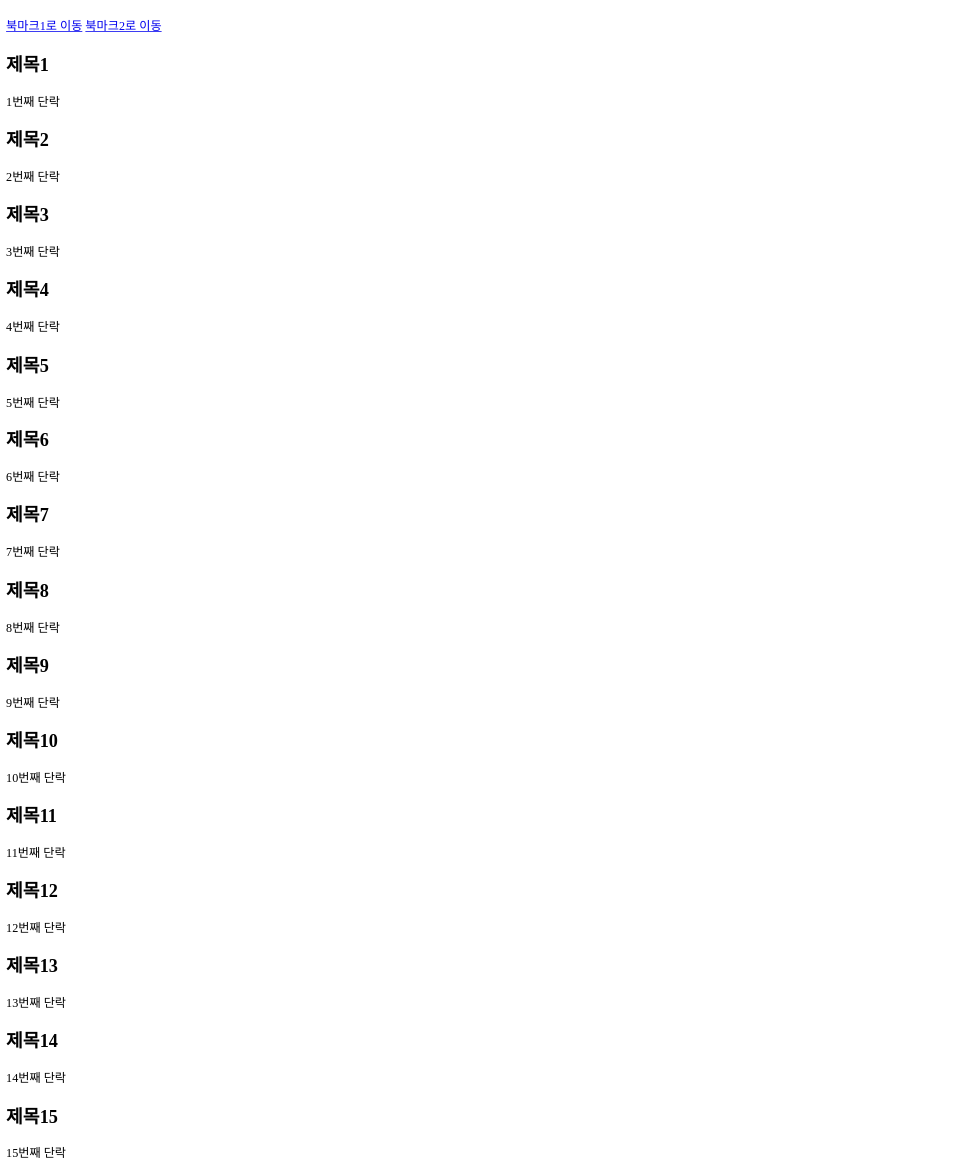
Repository: SilverSharkDeveloper/HTML-CSS-Study
Page: html/workspace/day03/WebContent/anchor.html
An editor plug-in stored every save of this project. The page is shown before and after the next save, followed by the edit.
The browser window is 1280 px wide. The pictures show the whole page, at 76% of full size.

Above is the page before, as saved 2023-03-09 11:47:28.

### html/workspace/day03/WebContent/anchor.html
<!DOCTYPE html>
<html>
<head>
<meta charset="UTF-8">
<title>태그 책갈피</title>
</head>
<body>
	<h1 id ="top"></h1>
	 <a href = "#book1">북마크1로 이동</a>
	 <a href = "#book2">북마크2로 이동</a>
	 <h2>제목1</h2>
   <p>1번째 단락</p>
   <h2>제목2</h2>
   <p>2번째 단락</p>
   <h2>제목3</h2>
   <p>3번째 단락</p>
   <h2>제목4</h2>
   <p>4번째 단락</p>
   <h2>제목5</h2>
   <p><a id='book1'>5번째 단락</a></p>
   <h2>제목6</h2>
   <p>6번째 단락</p>
   <h2>제목7</h2>
   <p>7번째 단락</p>
   <h2>제목8</h2>
   <p>8번째 단락</p>
   <h2>제목9</h2>
   <p>9번째 단락</p>
   <h2>제목10</h2>
   <p>10번째 단락</p>
   <h2>제목11</h2>
   <p>11번째 단락</p>
   <h2>제목12</h2>
   <p id="book2">12번째 단락</p>
   <h2>제목13</h2>
   <p>13번째 단락</p>
   <h2>제목14</h2>
   <p>14번째 단락</p>
   <h2>제목15</h2>
   <p>15번째 단락</p>

</body>
</html>

After the next save:
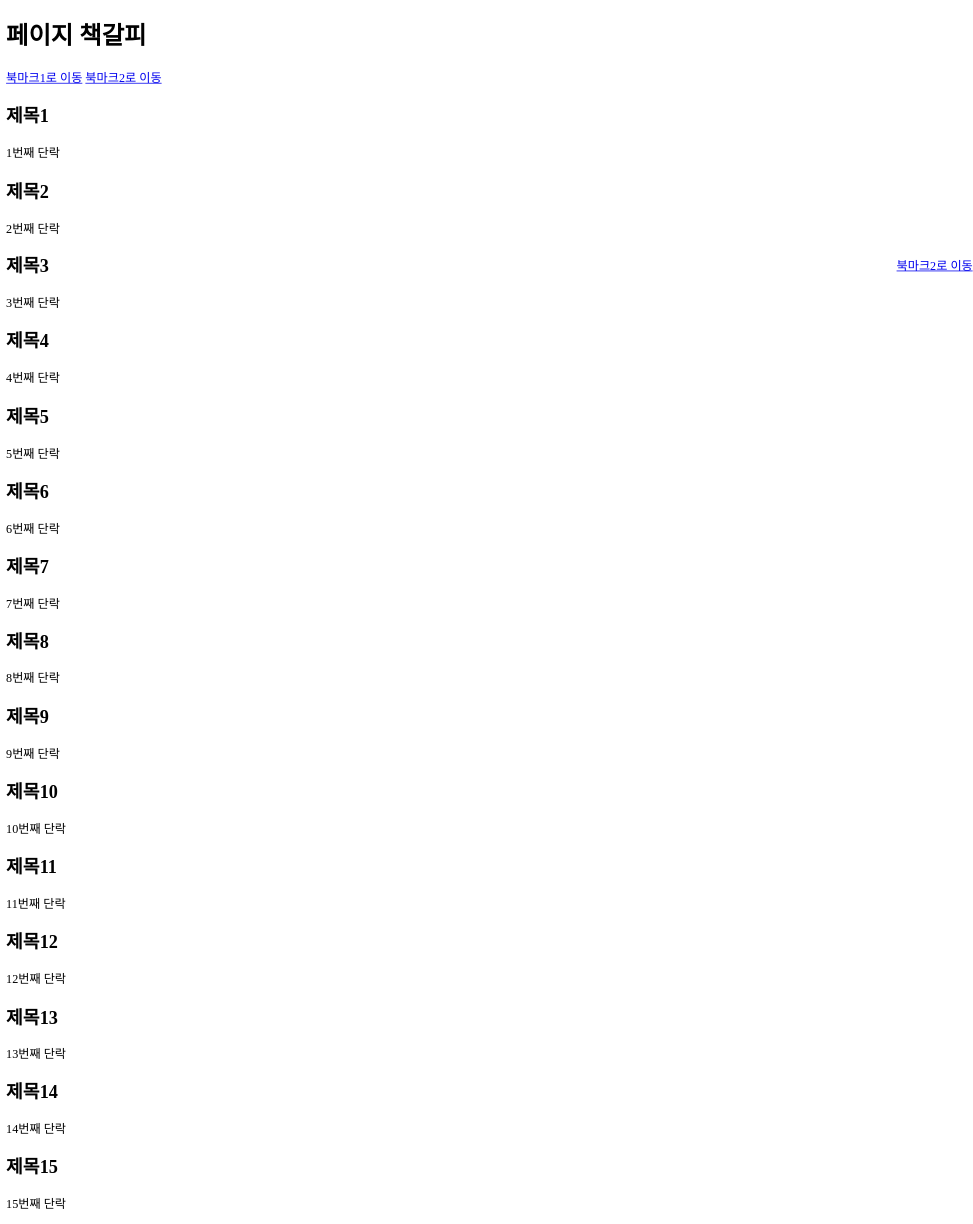
Saved 3 min 2 s later.
--- a/html/workspace/day03/WebContent/anchor.html
+++ b/html/workspace/day03/WebContent/anchor.html
@@ -5,7 +5,7 @@
 <title>태그 책갈피</title>
 </head>
 <body>
-	<h1 id ="top"></h1>
+	<h1 id ="top">페이지 책갈피</h1>
 	 <a href = "#book1">북마크1로 이동</a>
 	 <a href = "#book2">북마크2로 이동</a>
 	 <h2>제목1</h2>
@@ -38,6 +38,6 @@
    <p>14번째 단락</p>
    <h2>제목15</h2>
    <p>15번째 단락</p>
-
+	<a href = "#top" style = "position : fixed; bottom : 50% ; right :0">북마크2로 이동</a>
 </body>
 </html>
